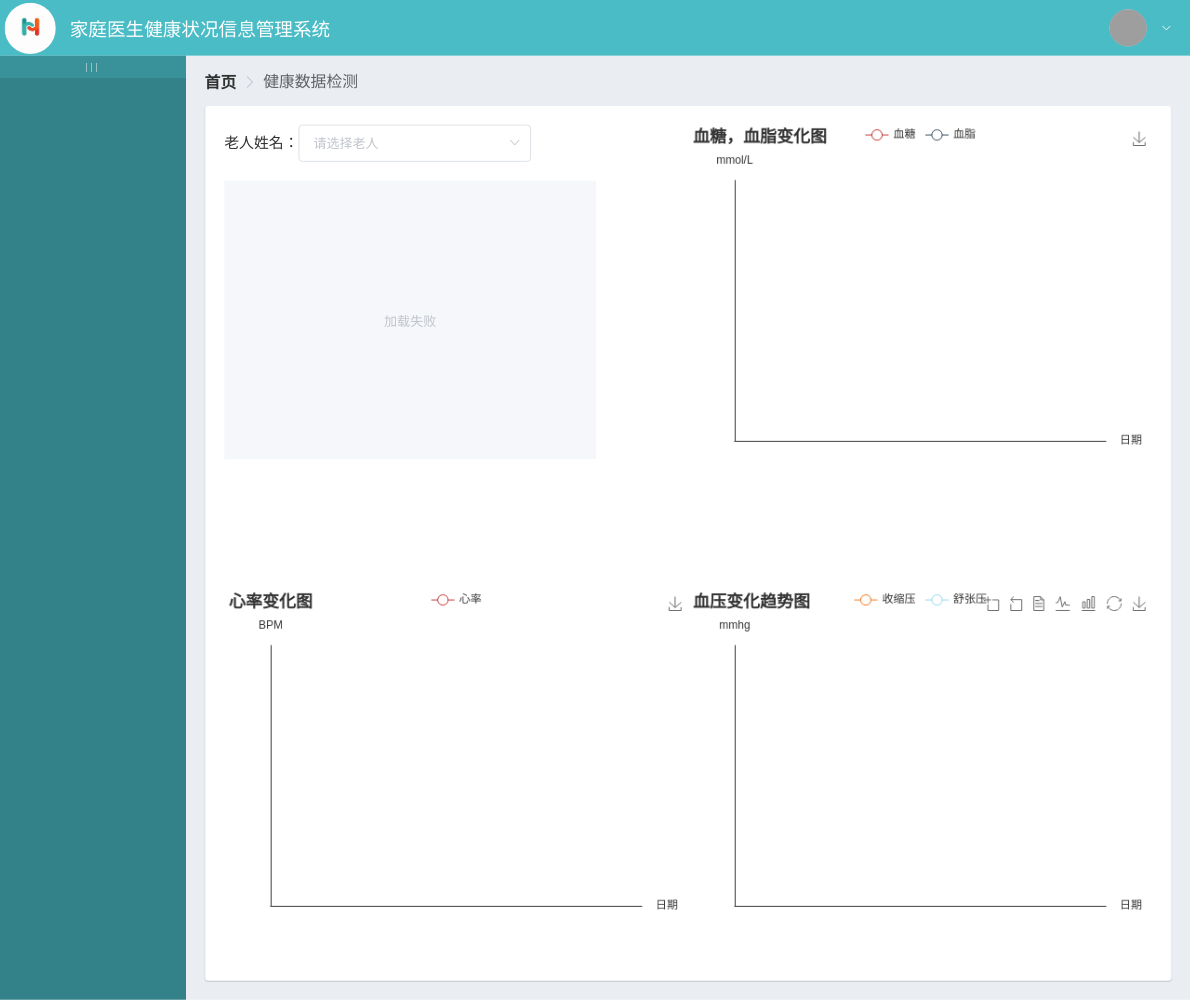
Repository: hyyBubbly/community-web-vue
Page: /#/healthyData (app in community/)
These files come from the project's save history. The page is drawn as it stood at one moment and after the next save; the edit follows.
The browser window is 1280 px wide. The pictures show the whole page, at 93% of full size.
Pictures or frames that could not be fetched are drawn as grey boxes. The page's requests for data from a server got no answer. The project was rebuilt for these pictures with package versions that can differ from the ones it lists, and the page was loaded fresh each time. No one was signed in, and anything a server would have sent is missing. Also part of the build but not shown: community/vue.config.js, community/src/components/Login.vue, community/src/components/Welcome.vue, community/src/components/User/UserList.vue, community/src/components/admin/WorkerList.vue, community/src/components/community/CommunityList.vue, community/src/components/healthfiles/Healthiness.vue, community/src/components/User/OlderInfoList.vue and 13 more.

Above is the page before, as saved 2024-01-28 23:57:03.

After the next save:
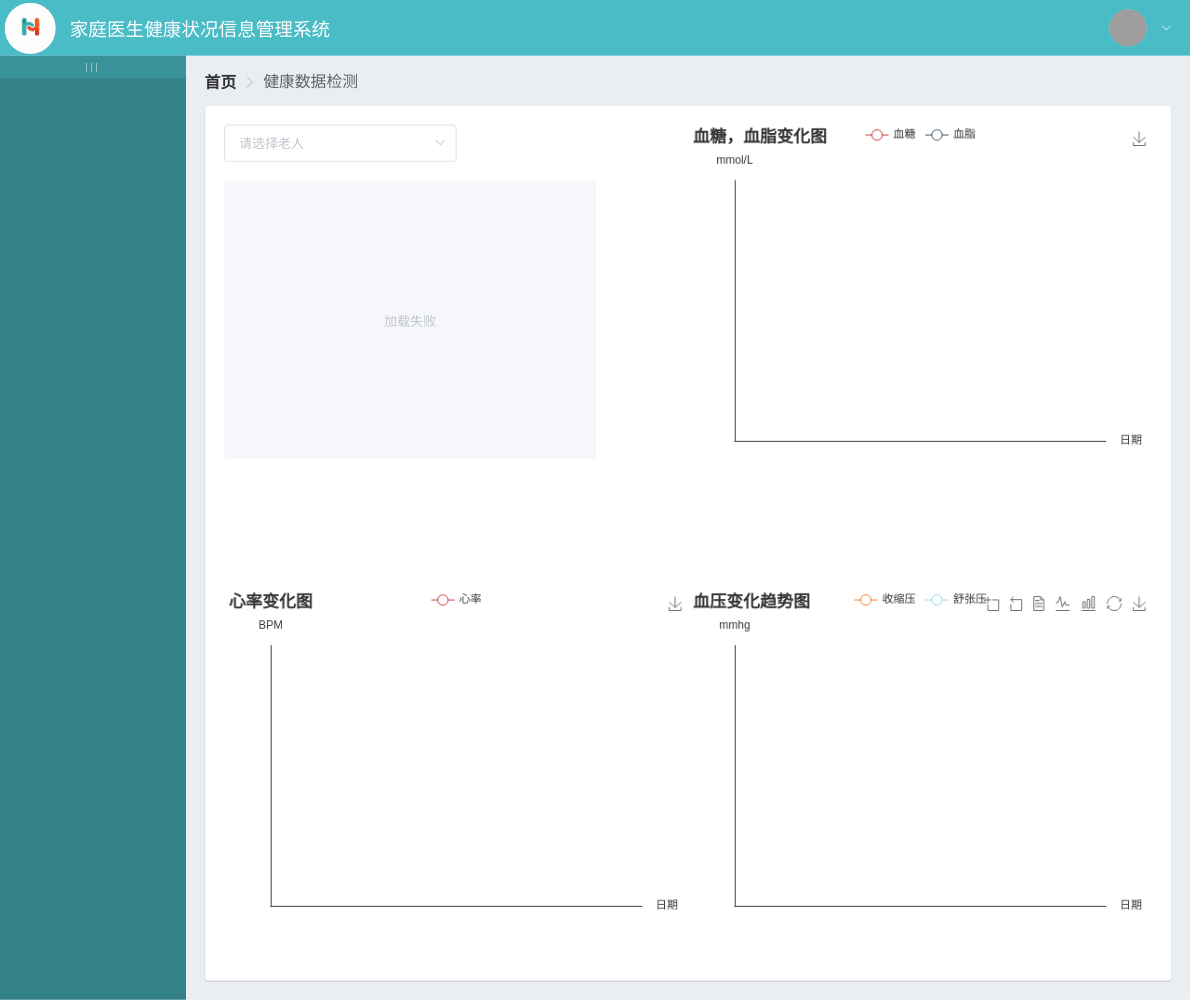
Saved 30 s later.
--- a/community/src/components/healthfiles/HealthyData.vue
+++ b/community/src/components/healthfiles/HealthyData.vue
@@ -7,7 +7,7 @@
   <el-card style="height: 100%">
     <el-row>
       <el-col style="width: 50%;height: 300px;">
-        <label>老人姓名：</label>
+        <!-- <label>老人姓名：</label> -->
         <el-select placeholder="请选择老人" v-model="queryInfo.olderId" @change="getInternalList"
                    clearable filterable style="width: 50%; padding-right: 10px">
           <el-option
